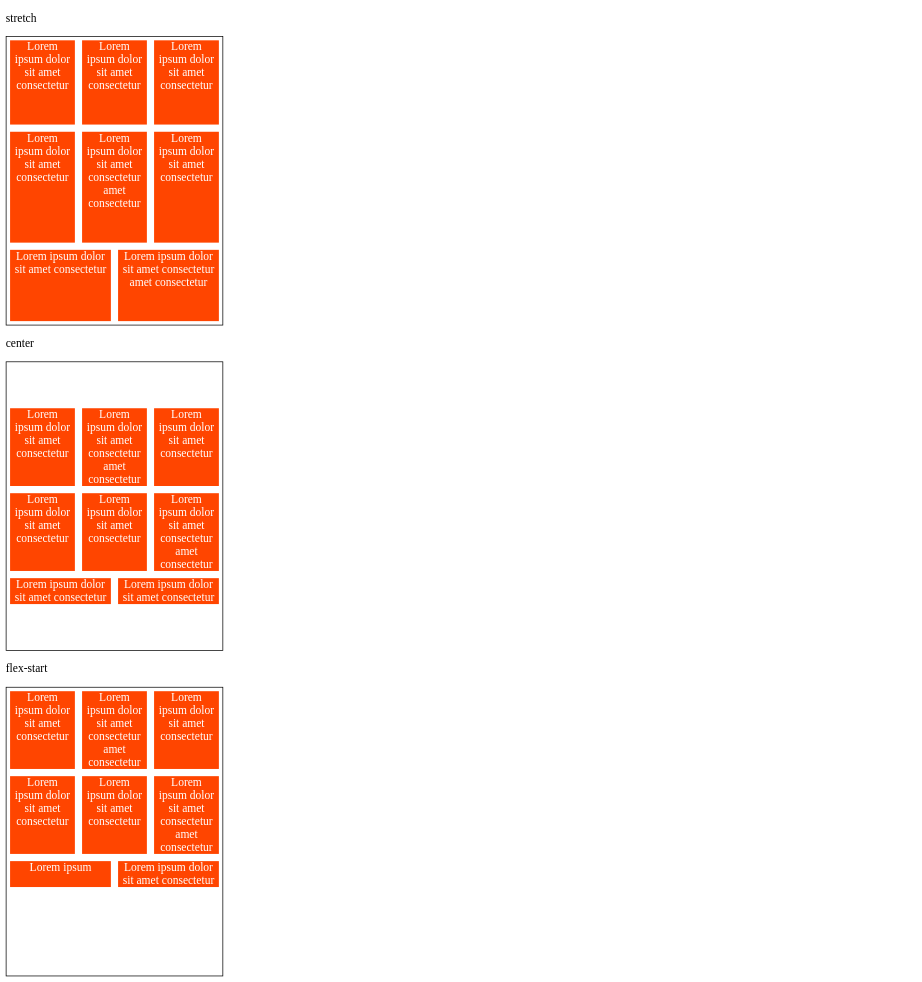
Repository: gabrielbino/projects-dio
Page: Flexbox/@align-content.html
An editor plug-in stored every save of this project. The page is shown before and after the next save, followed by the edit.
The browser window is 1280 px wide. The pictures show the whole page, at 72% of full size.

Above is the page before, as saved 2021-10-22 18:41:40.

### Flexbox/@align-content.html
<!DOCTYPE html>
<html lang="en">
  <head>
    <meta charset="UTF-8" />
    <meta name="viewport" content="width=device-width, initial-scale=1.0" />
    <title>Fundamentos - align content</title>
    <style>
      .container {
        display: flex;
        max-width: 300px;
        height: 400px;
        flex-wrap: wrap;
        border: 1px solid black;
      }

      .item {
        background-color: orangered;
        color: white;
        padding: 0 5px;
        margin: 5px;
        text-align: center;
        flex: 1;
      }

      .stretch {
        align-content: stretch;
      }

      .center {
        align-content: center;
      }

      .flexStart {
        align-content: flex-start;
      }
    </style>
  </head>
  <body>
    <p>stretch</p>
    <div class="container stretch">
      <div class="item">Lorem ipsum dolor sit amet consectetur</div>
      <div class="item">Lorem ipsum dolor sit amet consectetur</div>
      <div class="item">Lorem ipsum dolor sit amet consectetur</div>
      <div class="item">Lorem ipsum dolor sit amet consectetur</div>
      <div class="item">
        Lorem ipsum dolor sit amet consectetur amet consectetur
      </div>
      <div class="item">Lorem ipsum dolor sit amet consectetur</div>
      <div class="item">Lorem ipsum dolor sit amet consectetur</div>
      <div class="item">
        Lorem ipsum dolor sit amet consectetur amet consectetur
      </div>
    </div>

    <p>center</p>
    <div class="container center">
      <div class="item">Lorem ipsum dolor sit amet consectetur</div>
      <div class="item">
        Lorem ipsum dolor sit amet consectetur amet consectetur
      </div>
      <div class="item">Lorem ipsum dolor sit amet consectetur</div>
      <div class="item">Lorem ipsum dolor sit amet consectetur</div>
      <div class="item">Lorem ipsum dolor sit amet consectetur</div>
      <div class="item">
        Lorem ipsum dolor sit amet consectetur amet consectetur
      </div>
      <div class="item">Lorem ipsum dolor sit amet consectetur</div>
      <div class="item">Lorem ipsum dolor sit amet consectetur</div>
    </div>

    <p>flex-start</p>
    <div class="container flexStart">
      <div class="item">Lorem ipsum dolor sit amet consectetur</div>
      <div class="item">
        Lorem ipsum dolor sit amet consectetur amet consectetur
      </div>
      <div class="item">Lorem ipsum dolor sit amet consectetur</div>
      <div class="item">Lorem ipsum dolor sit amet consectetur</div>
      <div class="item">Lorem ipsum dolor sit amet consectetur</div>
      <div class="item">
        Lorem ipsum dolor sit amet consectetur amet consectetur
      </div>
      <div class="item">Lorem ipsum</div>
      <div class="item">Lorem ipsum dolor sit amet consectetur</div>
    </div>
  </body>
</html>

After the next save:
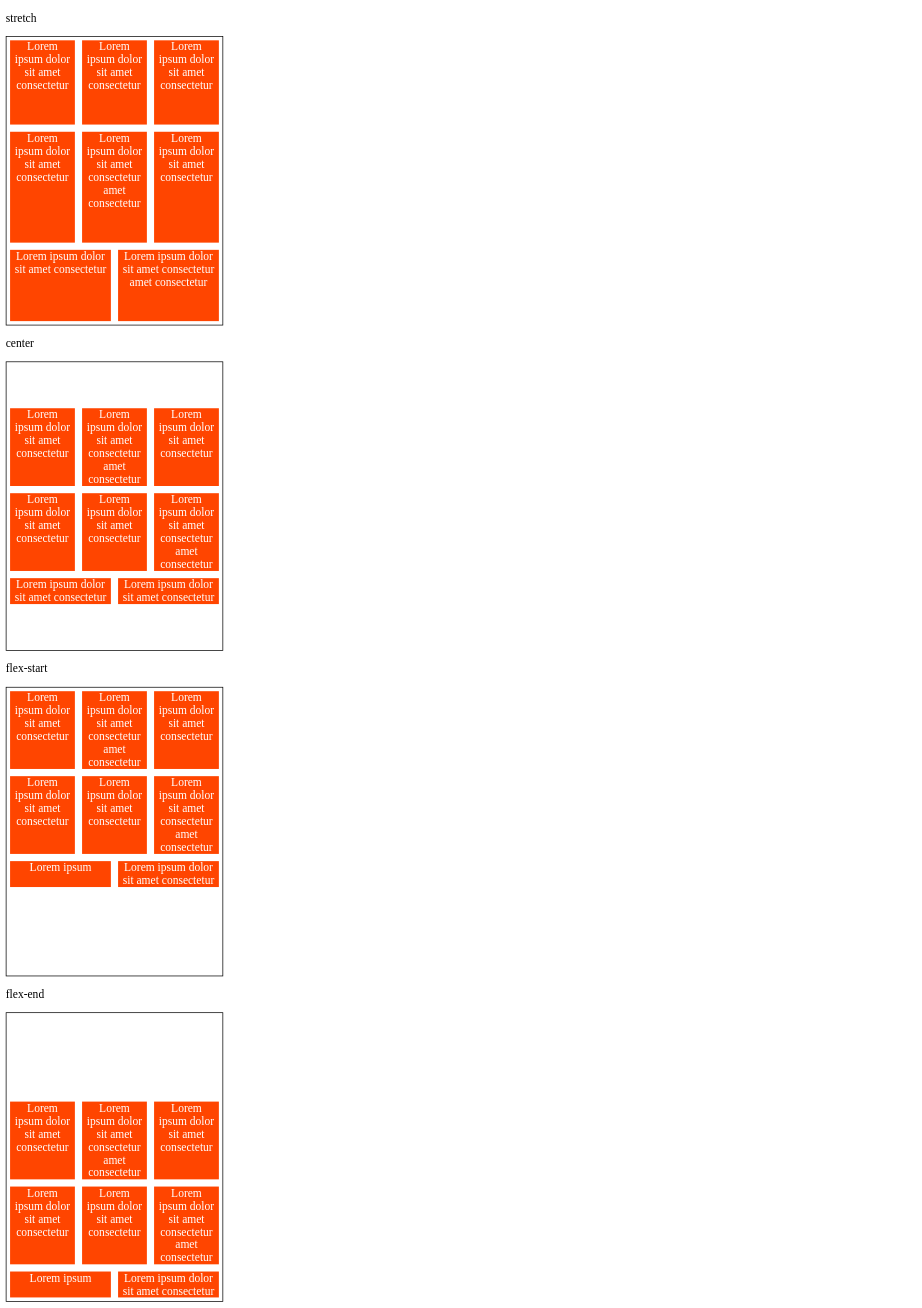
Saved 65 s later.
--- a/Flexbox/@align-content.html
+++ b/Flexbox/@align-content.html
@@ -32,6 +32,10 @@
 
       .flexStart {
         align-content: flex-start;
+      }
+
+      .flexEnd {
+        align-content: flex-end;
       }
     </style>
   </head>
@@ -83,5 +87,21 @@
       <div class="item">Lorem ipsum</div>
       <div class="item">Lorem ipsum dolor sit amet consectetur</div>
     </div>
+
+    <p>flex-end</p>
+    <div class="container flexEnd">
+      <div class="item">Lorem ipsum dolor sit amet consectetur</div>
+      <div class="item">
+        Lorem ipsum dolor sit amet consectetur amet consectetur
+      </div>
+      <div class="item">Lorem ipsum dolor sit amet consectetur</div>
+      <div class="item">Lorem ipsum dolor sit amet consectetur</div>
+      <div class="item">Lorem ipsum dolor sit amet consectetur</div>
+      <div class="item">
+        Lorem ipsum dolor sit amet consectetur amet consectetur
+      </div>
+      <div class="item">Lorem ipsum</div>
+      <div class="item">Lorem ipsum dolor sit amet consectetur</div>
+    </div>
   </body>
 </html>
